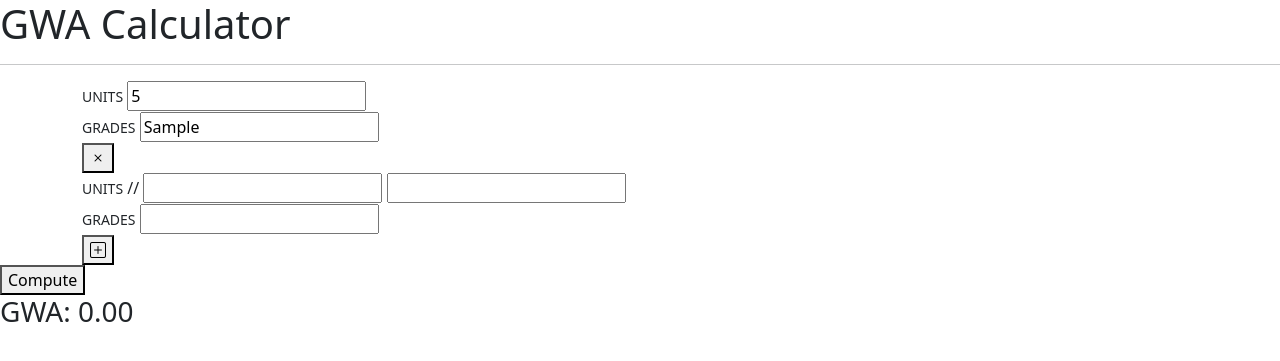
Repository: yonora/GWACalculator
Page: index.html
An editor plug-in stored every save of this project. The page is shown before and after the next save, followed by the edit.
The browser window is 1280 px wide. The pictures show the whole page.
Empty fields were first filled with sample values (such as "Sample", 5 or name@example.com).
After loading, the first visible `button.col-auto` was clicked once.

Above is the page before, as saved 2025-01-07 22:22:50.

After the next save:
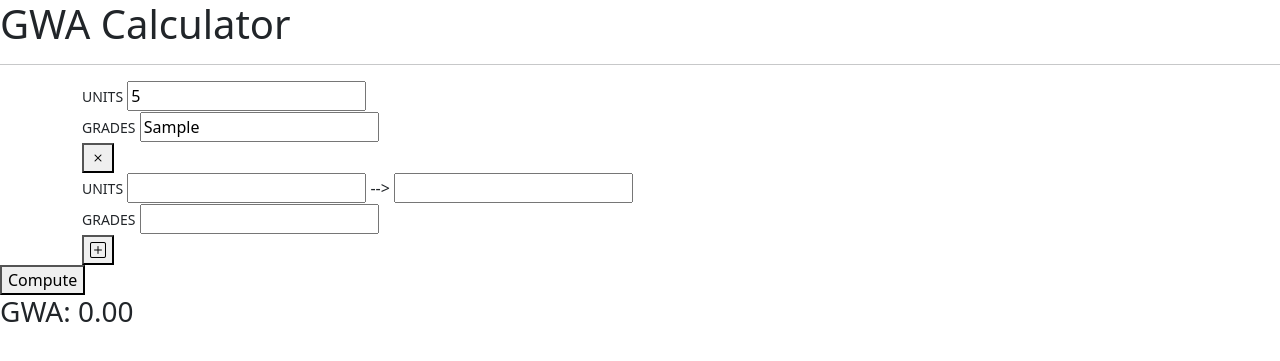
Saved 22 s later.
--- a/js.js
+++ b/js.js
@@ -11,7 +11,7 @@ function add(){
         `<div class="grade-container" id=${lastIndex}>
             <div class="col-auto">
                 <label class="col-form-label-sm">UNITS</label>
-                // <input type="number" class="col-form-control units" min="1" oninput="getGWA()">
+                <!--><input type="number" class="col-form-control units" min="1" oninput="getGWA()"> -->
                 <input type="number" class="col-form-control units" min="1">
             </div>
             <div class="col-auto">
